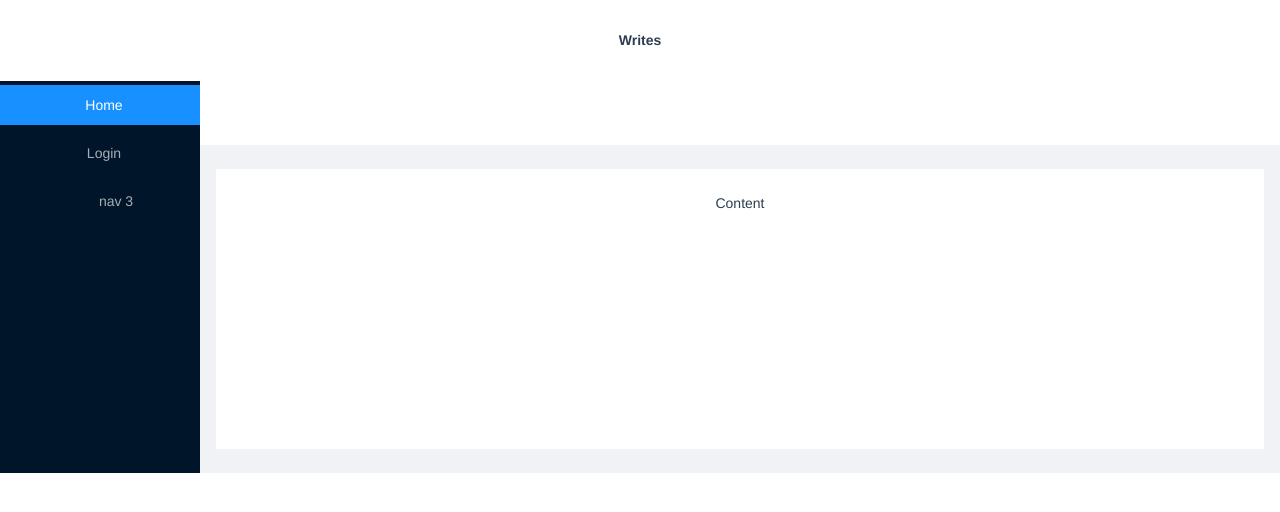
Repository: writesapp/mod
Page: /
These files come from the project's save history. The page is drawn as it stood at one moment and after the next save; the edit follows.
The browser window is 1280 px wide. The pictures show the whole page.
The project was rebuilt for these pictures with package versions that can differ from the ones it lists, and the page was loaded fresh each time. Also part of the build but not shown: src/components/SigninButton.vue, src/views/Login.vue, src/views/Writes.vue.

Above is the page before, as saved 2020-07-09 13:15:21.

After the next save:
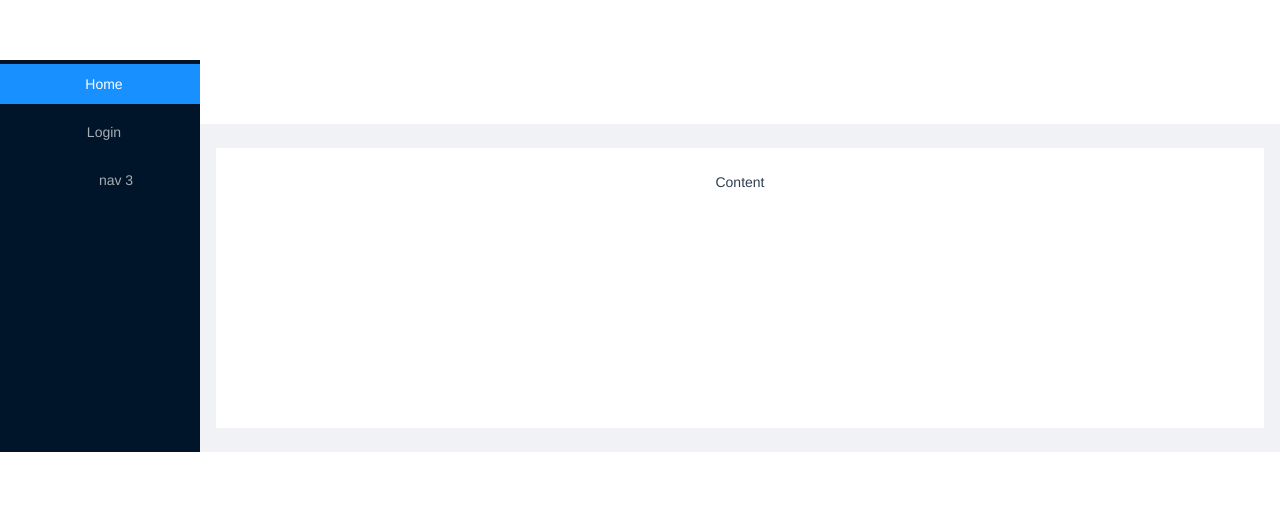
Saved 21 s later.
--- a/src/App.vue
+++ b/src/App.vue
@@ -1,7 +1,6 @@
 <template>
   <div id="app">
     <div id="nav">
-      <router-link to="/writes">Writes</router-link>
     </div>
     <router-view/>
   </div>
